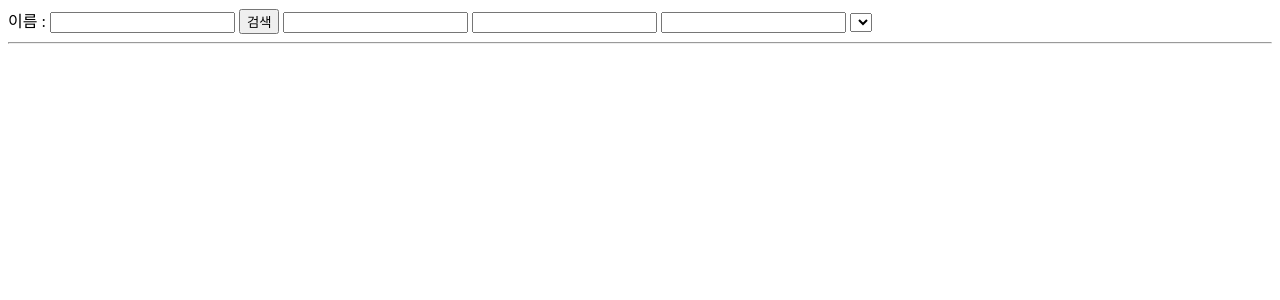
Repository: phantom5820/Spring
Page: http://localhost/DIWebProject/main.do
These files come from the project's save history. The page is drawn as it stood at one moment and after the next save; the edit follows.
The browser window is 1280 px wide. The pictures show the whole page.
The page is served by Tomcat 9.

Above is the page before, as saved 2021-01-26 08:03:25.

After the next save:
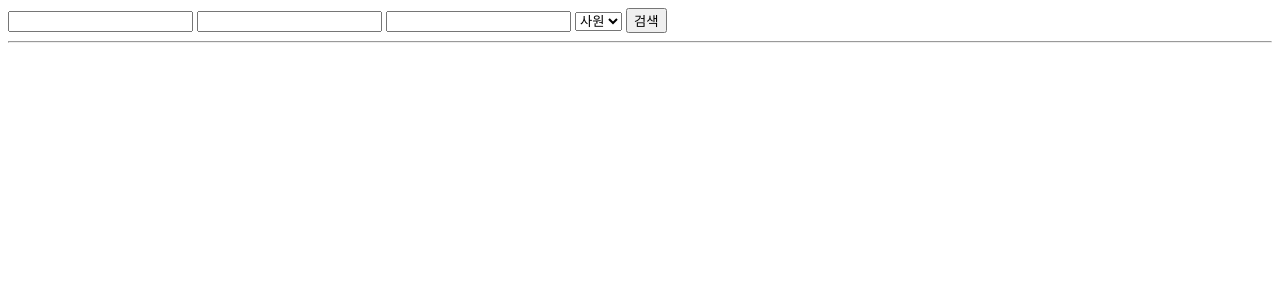
Saved 3 min 1 s later.
--- a/DIWebProject/WebContent/main.jsp
+++ b/DIWebProject/WebContent/main.jsp
@@ -50,13 +50,17 @@
 <body>
 
 	<form id="frm">
-		이름 : <input type="text" name="name"> <button type="button">검색</button>
-		<input type="text" name = "eno">
-		<input type="text" name = "name">
-		<input type="text" name = "department">
-		<select>
-			<option>
-		</select>
+		<input type="text" name="eno">
+		<input type="text" name="name">
+		<input type="text" name="department">
+			<select name="position">
+				<option value="1">사원</option>
+				<option value="2">주임</option>
+				<option value="3">대리</option>
+				<option value="4">과장</option>
+				<option value="5">차장</option>
+			</select>
+	<button type="button">검색</button>
 	</form>
 	<hr>
 	<div>
